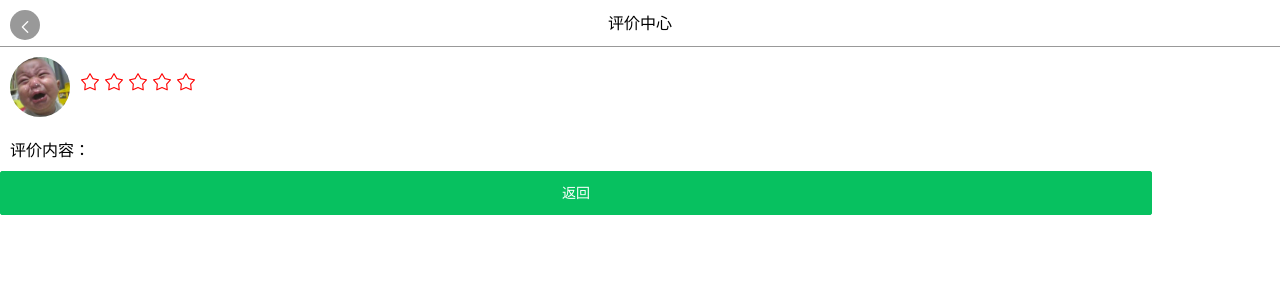
Repository: liuyangming111/mall
Page: /evaluaterr
An editor plug-in stored every save of this project. The page is shown before and after a run of saves, followed by the edit.
The browser window is 1280 px wide. The pictures show the whole page.
The page's requests for data from a server got no answer. The project was rebuilt for these pictures with package versions that can differ from the ones it lists, and the page was loaded fresh each time. No one was signed in, and anything a server would have sent is missing. Also part of the build but not shown: vue.config.js, src/components/bottom.vue, src/views/Home.vue.

Above is the page before, as saved 2020-07-30 17:58:06.

After the next 3 saves:
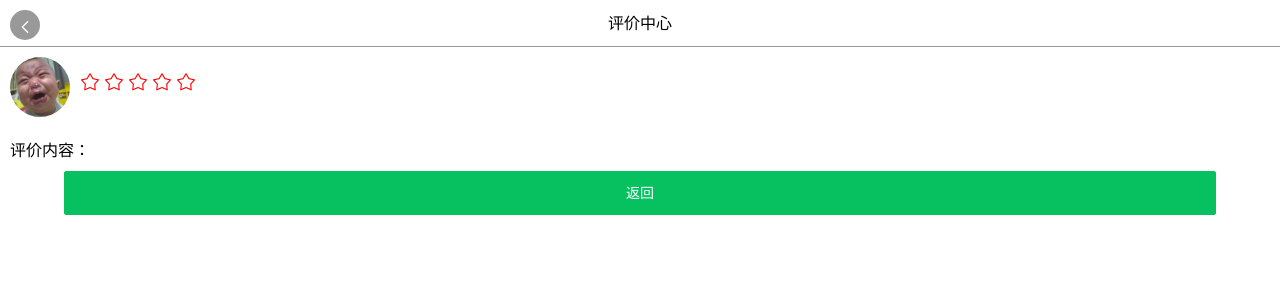
The 3 saves are shown as one change because they came seconds apart.
The last was saved 7 s later.
--- a/src/views/evaluate/evaluaterr.vue
+++ b/src/views/evaluate/evaluaterr.vue
@@ -138,7 +138,8 @@
     margin: 20px 0 10px 30px;
 }
 .retur{
-    width: 100;
+    width: 100%;
+    text-align: center;
 }
 .returer{
     width: 90%;
